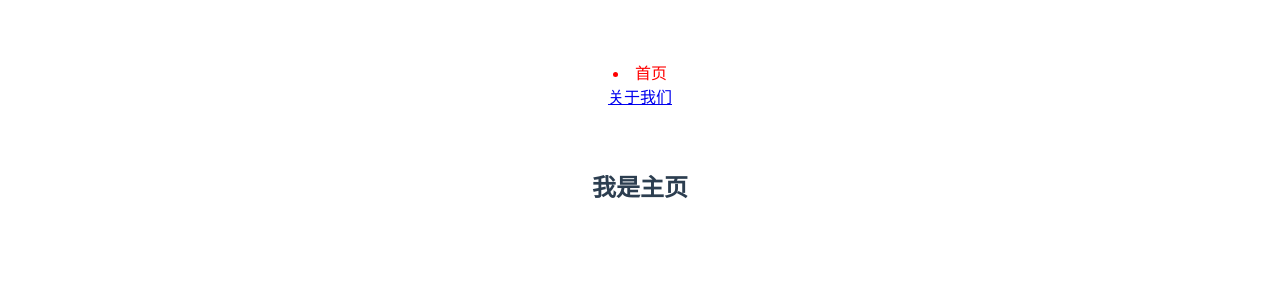
Repository: 1142235090/study_vue
Page: / (app in vue-cli脚手架/vueRouter/)
These files come from the project's save history. The page is drawn as it stood at one moment and after the next save; the edit follows.
The browser window is 1280 px wide. The pictures show the whole page.
The project was rebuilt for these pictures with package versions that can differ from the ones it lists, and the page was loaded fresh each time. Also part of the build but not shown: vue-cli脚手架/vueRouter/src/components/About.vue.

Above is the page before, as saved 2020-12-14 17:00:44.

### vue-cli脚手架/vueRouter/src/main.js
import Vue from 'vue'
import App from './App'
import router from './router'

Vue.config.productionTip = false

/* eslint-disable no-new */
new Vue({
  el: '#app',
  //3.传入路由配置
  router,
  render: h => h(App)
})

### vue-cli脚手架/vueRouter/src/App.vue
<template>
  <div id="app">
    <!-- router-link是router注册过的全局组件，到最后会被渲染成a标签 -->
    <router-link to="/home" tag="li" replace active-class="active">首页</router-link>
    <router-link to="/about" replace active-class="active">关于我们</router-link>
    <!-- 一旦上边触发了url改变，就会将指定组件的view显示到router-view位置 -->
    <router-view></router-view>
  </div>
</template>

<script>
export default {
  name: 'App'
}
</script>

<style>
#app {
  font-family: 'Avenir', Helvetica, Arial, sans-serif;
  -webkit-font-smoothing: antialiased;
  -moz-osx-font-smoothing: grayscale;
  text-align: center;
  color: #2c3e50;
  margin-top: 60px;
}
.active{
  color: red;
}
</style>

### vue-cli脚手架/vueRouter/src/router/index.js
import Vue from 'vue'
import Router from 'vue-router'
import About from '@/components/About'
import Home from '@/components/Home'

//1.引入模块儿，安装插件
Vue.use(Router)

//2.创建Router对象，并且导出供mainjs使用
export default new Router({
  //当前活跃模块class
  linkActiveClass:'active',
  //修改模式使用history方式
  mode:'history',
  //在这里配置路由和组件之间的应用关系
  routes: [
    {
      //界面默认显示哪个组件信息
      path: '',
      redirect:'/home'
    },
    {
      path: '/about',
      name: 'About',
      component: About
    },
    {
      path: '/home',
      name: 'Home',
      component: Home
    }
  ]
})

### vue-cli脚手架/vueRouter/src/components/Home.vue
<template>
  <div id="app">
    <h2>我是主页</h2>
  </div>
</template>

<script>
export default {
  name: 'Home'
}
</script>

<style>

</style>

Loaded but not shown: vue-cli脚手架/vueRouter/index.html (common file)

After the next save:
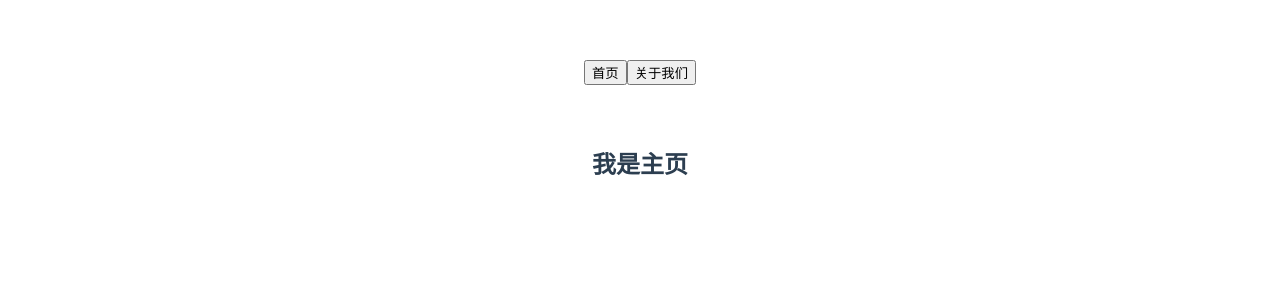
Saved 3 min 41 s later.
--- a/vue-cli脚手架/vueRouter/src/App.vue
+++ b/vue-cli脚手架/vueRouter/src/App.vue
@@ -1,8 +1,10 @@
 <template>
   <div id="app">
     <!-- router-link是router注册过的全局组件，到最后会被渲染成a标签 -->
-    <router-link to="/home" tag="li" replace active-class="active">首页</router-link>
-    <router-link to="/about" replace active-class="active">关于我们</router-link>
+    <!-- <router-link to="/home" tag="li" replace active-class="active">首页</router-link> -->
+    <!-- <router-link to="/about" replace active-class="active">关于我们</router-link> -->
+    <button @click="homeClick">首页</button>
+     <button @click="aboutClick">关于我们</button>
     <!-- 一旦上边触发了url改变，就会将指定组件的view显示到router-view位置 -->
     <router-view></router-view>
   </div>
